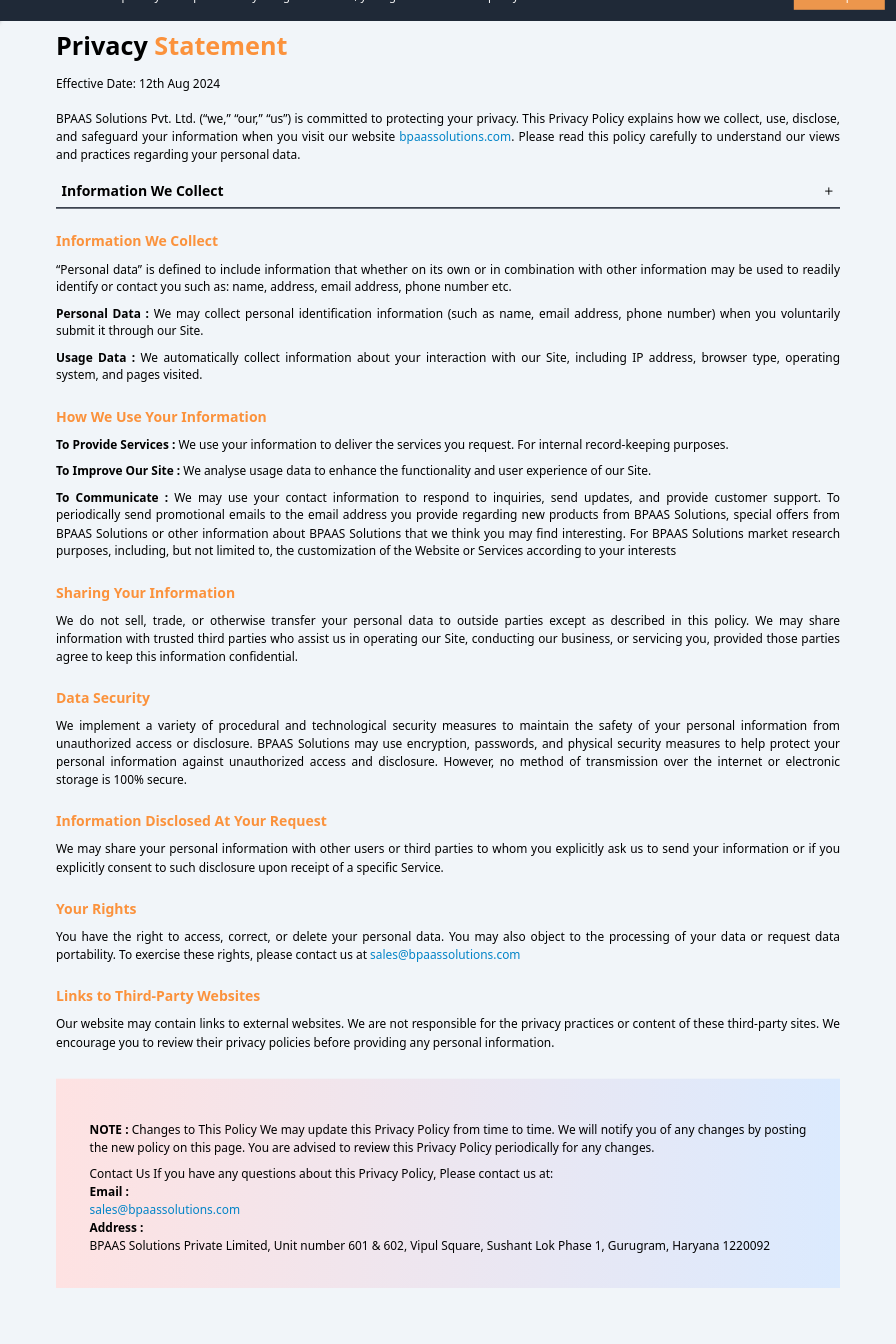
Repository: captainalpha/BP-Website
Page: /services/bp-services
An editor plug-in stored every save of this project. The page is shown before and after the next save, followed by the edit.
The browser window is 1280 px wide. The pictures show the part of the page from y = 690 to 2610 px (the page is 3157 px tall before and 3159 px after), at 70% of full size.
The project was rebuilt for these pictures with package versions that can differ from the ones it lists, and the page was loaded fresh each time. The framework's server and built-in components were replaced by stand-ins that run in the browser. Also part of the build but not shown: next.config.js, components/common/TopBanner.js, components/common/SectionHeader.js.

Above is the page before, as saved 2024-08-13 16:58:49.

### pages/_app.js
import Navbar from "../components/common/Navbar";
import "../styles/globals.css";
import Footer from "../components/common/Footer";

import "swiper/css";
import "swiper/css/navigation";
import "swiper/css/pagination";



import { motion, AnimatePresence } from "framer-motion";
import CookiesMain from "../components/common/CookiesMain";

// import styles from './slider.module.scss'
function MyApp({ Component, pageProps, router }) {
  const spring = {
    type: "spring",
    damping: 20,
    stiffness: 100,
    when: "afterChildren",
  };
  return (
    <>
      <div className="z-50 scroll-smooth">
        <Navbar />
      </div>
      <AnimatePresence>
        <div className="page-transition-wrapper">
          <motion.div
            transition={spring}
            key={router.pathname}
            initial={{ y: -300, opacity: 0 }}
            animate={{ y: 0, opacity: 1 }}
            exit={{ y: 300, opacity: 0 }}
            id="page-transition-container"
          >
            <Component {...pageProps} /> <Footer />{" "}
            <CookiesMain/>
          </motion.div>
        </div>
      </AnimatePresence>
    </>
  );
}

export default MyApp;

### pages/services/bp-services.js
import { useState } from "react";
import TopBanner from "../../components/common/TopBanner";
import SectionHeader from "../../components/common/SectionHeader";
import TopBanner2 from "../../components/common/TopBanner2";
import Image from "next/image";
import Link from "next/link";
import { FaArrowDown } from "react-icons/fa6";
import { MdChecklistRtl } from "react-icons/md";
import { BsCopy } from "react-icons/bs";
import { FiPlus } from "react-icons/fi";
import { AiOutlineMinus } from "react-icons/ai";


function BpServices() {
  const [showAnswer, setShowAnswer] = useState(false);
  return (
    <div>
      <div className="relative">
        <TopBanner2
          image={"/images/policy-service2.jpg"}
          title="Privacy Policy"
          discription="This Privacy Policy explains how we collect, use, disclose, and safeguard your information when you visit our website."
          btnShow={false}
        />
        <div className="absolute top-[1em] right-[10em]">
          <Image
            src="/images/privacypolicy2.png"
            className="w-1/2 mx-auto"
            width="500"
            height="500"
            alt="customer-developement"
          />
        </div>
      </div>

      <div className=" bg-slate-100  p-[5em]">
        <div className="container mx-auto max-w-6xl">
          <div className="text-left">
            <h1 className="lg:text-4xl text-3xl font-bold capitalize ">
              <span>Privacy</span>{" "}
              <span className="text-[#fb923c]">Statement</span>
            </h1>
          </div>

          <div className="mt-5">
            <p className="text-[17px] text-justify">
              Effective Date: 12th Aug 2024 <br />
              <br /> BPAAS Solutions Pvt. Ltd. (&ldquo;we,&rdquo;
              &ldquo;our,&rdquo; &ldquo;us&rdquo;) is committed to protecting
              your privacy. This Privacy Policy explains how we collect, use,
              disclose, and safeguard your information when you visit our
              website&nbsp;
              <Link passHref href="/">
                <a className="text-sky-600 hover:text-[#fb923c]">
                  bpaassolutions.com
                </a>
              </Link>
              . Please read this policy carefully to understand our views and
              practices regarding your personal data.
            </p>
          </div>




          <div
           className={`${
                    showAnswer ? "p-2 mt-4 bg-[#fb923c] max-w[1200px]"
                    : "p-2 mt-4 border-gray-900 border-b-2 max-w[1200px]"
                  }`}
          >
            <div className="flex gap-10 items-center justify-between">
              <h3 className="text-[20px] font-sans font-semibold" onClick={() => setShowAnswer(!showAnswer)}>
              Information We Collect
              </h3>
                <div
                  onClick={() => setShowAnswer(!showAnswer)}
                  className="cursor-pointer transition-transform duration-500 ease-out">
                  {showAnswer ? <AiOutlineMinus/> : <FiPlus />}
                </div>
              </div>
          </div>
          <div
            className={`overflow-hidden transition-all duration-500 ease-out ${
              showAnswer ? "max-h-[1000px] opacity-100 " : "max-h-0 opacity-0 "
            }`}
          >
            <p
              className={`text-[18px] bg-gray-300 mt-2 p-3 rounded-md
        shadow-[rgba(0,_0,_0,_0.24)_0px_3px_8px] `}
            >
              <p className="text-[17px] text-justify mt-3">
              &ldquo;Personal data&rdquo; is defined to include information that
              whether on its own or in combination with other information may be
              used to readily identify or contact you such as: name, address,
              email address, phone number etc.
            </p>
            <p className="text-[17px] text-justify mt-3">
              <b>Personal Data :</b> We may collect personal identification
              information (such as name, email address, phone number) when you
              voluntarily submit it through our Site.
            </p>
            <p className="text-[17px] text-justify mt-3">
              <b>Usage Data :</b> We automatically collect information about
              your interaction with our Site, including IP address, browser
              type, operating system, and pages visited.
            </p>
            </p>
          </div>








          <div className="mt-[2em]">
            <h1 className="text-[20px] font-bold text-[#fb923c]">
              Information We Collect
            </h1>
            <p className="text-[17px] text-justify mt-3">
              &ldquo;Personal data&rdquo; is defined to include information that
              whether on its own or in combination with other information may be
              used to readily identify or contact you such as: name, address,
              email address, phone number etc.
            </p>
            <p className="text-[17px] text-justify mt-3">
              <b>Personal Data :</b> We may collect personal identification
              information (such as name, email address, phone number) when you
              voluntarily submit it through our Site.
            </p>
            <p className="text-[17px] text-justify mt-3">
              <b>Usage Data :</b> We automatically collect information about
              your interaction with our Site, including IP address, browser
              type, operating system, and pages visited.
            </p>
          </div>

          <div className="mt-[2em]">
            <h1 className="text-[20px] font-bold text-[#fb923c]">
              How We Use Your Information
            </h1>
            <p className="text-[17px] text-justify mt-3">
              <b>To Provide Services :</b> We use your information to deliver
              the services you request. For internal record-keeping purposes.
            </p>
            <p className="text-[17px] text-justify mt-3">
              <b>To Improve Our Site :</b> We analyse usage data to enhance the
              functionality and user experience of our Site.
            </p>
            <p className="text-[17px] text-justify mt-3">
              <b>To Communicate :</b> We may use your contact information to
              respond to inquiries, send updates, and provide customer support.
              To periodically send promotional emails to the email address you
              provide regarding new products from BPAAS Solutions, special
              offers from BPAAS Solutions or other information about BPAAS
              Solutions that we think you may find interesting. For BPAAS
              Solutions market research purposes, including, but not limited to,
              the customization of the Website or Services according to your
              interests
            </p>
          </div>

          <div className="mt-[2em]">
            <h1 className="text-[20px] font-bold text-[#fb923c]">
              Sharing Your Information
            </h1>
            <p className="text-[17px] text-justify mt-3">
              We do not sell, trade, or otherwise transfer your personal data to
              outside parties except as described in this policy. We may share
              information with trusted third parties who assist us in operating
              our Site, conducting our business, or servicing you, provided
              those parties agree to keep this information confidential.
            </p>
          </div>

          <div className="mt-[2em]">
            <h1 className="text-[20px] font-bold text-[#fb923c]">
              Data Security
            </h1>
            <p className="text-[17px] text-justify mt-3">
              We implement a variety of procedural and technological security
              measures to maintain the safety of your personal information from
              unauthorized access or disclosure. BPAAS Solutions may use
              encryption, passwords, and physical security measures to help
              protect your personal information against unauthorized access and
              disclosure. However, no method of transmission over the internet
              or electronic storage is 100% secure.
            </p>
          </div>

          <div className="mt-[2em]">
            <h1 className="text-[20px] font-bold text-[#fb923c]">
              Information Disclosed At Your Request
            </h1>
            <p className="text-[17px] text-justify mt-3">
              We may share your personal information with other users or third
              parties to whom you explicitly ask us to send your information or
              if you explicitly consent to such disclosure upon receipt of a
              specific Service.
            </p>
          </div>

          <div className="mt-[2em]">
            <h1 className="text-[20px] font-bold text-[#fb923c]">
              Your Rights
            </h1>
            <p className="text-[17px] text-justify mt-3">
              You have the right to access, correct, or delete your personal
              data. You may also object to the processing of your data or
              request data portability. To exercise these rights, please contact
              us at&nbsp;
              <a
                className="text-sky-600 hover:text-[#fb923c]"
                href="mailto:sales@bpaassolutions.com"
              >
                sales@bpaassolutions.com
              </a>
            </p>
          </div>

          <div className="mt-[2em]">
            <h1 className="text-[20px] font-bold text-[#fb923c]">
              Links to Third-Party Websites
            </h1>
            <p className="text-[17px] text-justify mt-3">
              Our website may contain links to external websites. We are not
              responsible for the privacy practices or content of these
              third-party sites. We encourage you to review their privacy
              policies before providing any personal information.
            </p>
          </div>

          <div className="mt-[2em]  lg:mt-10 md:mt-10 xl:mt-10 bg-gradient-to-r from-red-100 to-blue-100 p-2 md:p-[3em]">
            <p className="text-[17px] text-justify mt-3">
              <b>NOTE : </b> Changes to This Policy We may update this Privacy
              Policy from time to time. We will notify you of any changes by
              posting the new policy on this page. You are advised to review
              this Privacy Policy periodically for any changes.
            </p>
            <p className="text-[17px] text-justify mt-3">
              Contact Us If you have any questions about this Privacy Policy,
              Please contact us at:
              <br />
              <b>Email : </b>
              <br />
              <a
                className="text-sky-600 hover:text-[#fb923c]"
                href="mailto:sales@bpaassolutions.com"
              >
                sales@bpaassolutions.com
              </a>
              <br />
              <b>Address :</b>
              <br />
              BPAAS Solutions Private Limited, Unit number 601 & 602, Vipul
              Square, Sushant Lok Phase 1, Gurugram, Haryana 1220092
            </p>
          </div>
        </div>
      </div>
    </div>
  );
}

export default BpServices;

### styles/globals.css
@tailwind base;
@tailwind components;
@tailwind utilities;

.mySwiper {
  padding: 0 3rem;
}
.swiper-button-next {
  color: white;
  font-size: 20px !important;
}
.swiper-button-prev {
  color: white;
  font-size: 20px !important;
}
.swiper-button-prev:after {
  color: white;
  font-size: 20px !important;
}
.swiper-button-next:after {
  color: white;
  font-size: 20px !important;
}
.container-bpaas{
  max-width: 1100px;
}

/* .swiper-button-prev {

  background-image: url("data:[embedded picture, 251 characters]");
} */
.swiper-button-prev:after {

  border: 2px solid white;
  border-radius: 30%;
  /* width: 25%; */
  background: #ec964c;
  padding: 20%;
}
/* .swiper-button-next {
  background-image: url("data:[embedded picture, 251 characters]");
} */
.swiper-button-next:after {

  border: 2px solid white;
  border-radius: 30%;
  /* width: 25%; */
  background: #ec964c;
  padding: 20%;
}

@media only screen and (max-width: 600px) {
  .swiper-button-next:after {
    display: none;
  }
}
@media only screen and (max-width: 600px) {
  .swiper-button-prev:after {
    display: none;
  }
}




/*OEM Modal */
@layer utilities {
  @keyframes modalOpen {
    0% {
      clip-path: polygon(0 0, 0 0, 0 100%, 0 100%);
      opacity: 0;
    }
    100% {
      clip-path: polygon(0 0, 100% 0, 100% 100%, 0 100%);
      opacity: 1;
    }
  }

  @keyframes modalClose {
    0% {
      clip-path: polygon(0 0, 100% 0, 100% 100%, 0 100%);
      opacity: 1;
    }
    100% {
      clip-path: polygon(50% 0, 50% 0, 50% 100%, 50% 100%);
      opacity: 0;
    }
  }

  .animate-modalOpen {
    animation: modalOpen 0.5s forwards;
  }

  .animate-modalClose {
    animation: modalClose 0.5s forwards;
  }

  .custom-aspect-ratio {
    box-shadow: rgba(149, 157, 165, 0.2) 0px 8px 24px;
    aspect-ratio: 3 / 2;
  }
}

### components/common/CookiesMain.js
import { useState, useEffect } from 'react';
import Cookies from 'js-cookie';


const CookiesMain = () => {
    const [showBanner, setShowBanner] = useState(false);

  useEffect(() => {
    const consent = Cookies.get('cookie-consent');
    if (!consent) {
      setShowBanner(true);
    }
  }, []);

  const acceptCookies = () => {
    Cookies.set('cookie-consent', 'true', { expires: 365 });
    setShowBanner(false);
  };

  if (!showBanner) return null;
  return (
    <>

    <div className="fixed bottom-0 left-0 right-0 bg-gray-800 text-white p-4 flex justify-between items-center z-50">
      <span>We use cookies to improve your experience. By using our website, you agree to our cookie policy.</span>
      <button
        onClick={acceptCookies}
        className="bg-orange text-white px-4 md:px-10 py-2"
      >
        Accept
      </button>
    </div>

    </>
  )
}
export default CookiesMain

### components/common/TopBanner2.js
import Link from "next/link";
function TopBanner2({ image, title, discription, onClick,btnShow}) {
  return (
    <div
      style={{ backgroundImage: `url(${image})` }}
      className={`lg:h-[80vh] h-[60vh] mt-20 w-full text-white flex p-10 items-center bg-no-repeat bg-cover `}
    >
      <div className="space-y-4 lg:w-1/2  md:text-left">
        <h1 className="lg:text-5xl text-3xl font-bold capitalize ">{title}</h1>
        <p className="w-full lg:text-xl lg:text-justify tracking-tighter">
          {discription}
        </p>
    {btnShow&&(
        <Link passHref href="/request-demo">
          <button className="px-8 py-2  border-white border-2 hover:bg-orange font-medium text-xl">
            Request Demo
          </button>
        </Link>
    )}
      </div>
    </div>
  );
}

export default TopBanner2;

### tailwind.config.js
module.exports = {
  content: [
    "./pages/**/*.{js,ts,jsx,tsx}",
    "./components/**/*.{js,ts,jsx,tsx}",
  ],
  theme: {
    extend: {
      keyframes: {
        modalOpen: {
          '0%': { transform: 'scale(0)', opacity: 0 },
          '100%': { transform: 'scale(1)', opacity: 1 },
        },
        modalClose: {
          '0%': { transform: 'scale(1)', opacity: 1 },

        },
        fragmentIn: {
          '0%': { opacity: 0, transform: 'translate(-50px, -50px)' },
          '100%': { opacity: 1, transform: 'translate(0, 0)' },
        },
        fragmentOut: {
          '0%': { opacity: 1, transform: 'translate(0, 0)' },
          '100%': { opacity: 0, transform: 'translate(50px, 50px)' },
        },

      },
      animation: {
        modalOpen: 'modalOpen 0.5s ease-out forwards',
        modalClose: 'modalClose 0.5s ease-in forwards',
        fragmentIn: 'fragmentIn 0.5s ease-out forwards',
        fragmentOut: 'fragmentOut 0.5s ease-in forwards',
      },
      backgroundImage: {
        "testimonial-bg": "url('/img/hero-pattern.svg')",
        "testimonial-bgs": "url('/')",
      },
      colors: {
        primary: "#013358",
        secondary: "#639FCB",
        primaryText: "#1D669C",
        orange: "#EC964C",
        glassEffect:
          "linear-gradient(105.47deg, #FFFFFF -13.63%, rgba(255, 255, 255, 0) 108.8%)",
      },
      backgroundSize: {
        "size-200": "200% 200%",
      },
      backgroundPosition: {
        "pos-0": "0% 0%",
        "pos-100": "100% 100%",
      },
    },
    variants: {
      fill: ["hover", "focus"],
    },
    boxShadow: {
      "3xl": "0 35px 60px -15px rgba(0, 0, 0, 0.3)",
    },
  },
  plugins: [],
};

Loaded but not shown: components/common/Navbar.js (726 lines, source omitted); components/common/Footer.js (194 lines, source omitted)

After the next save:
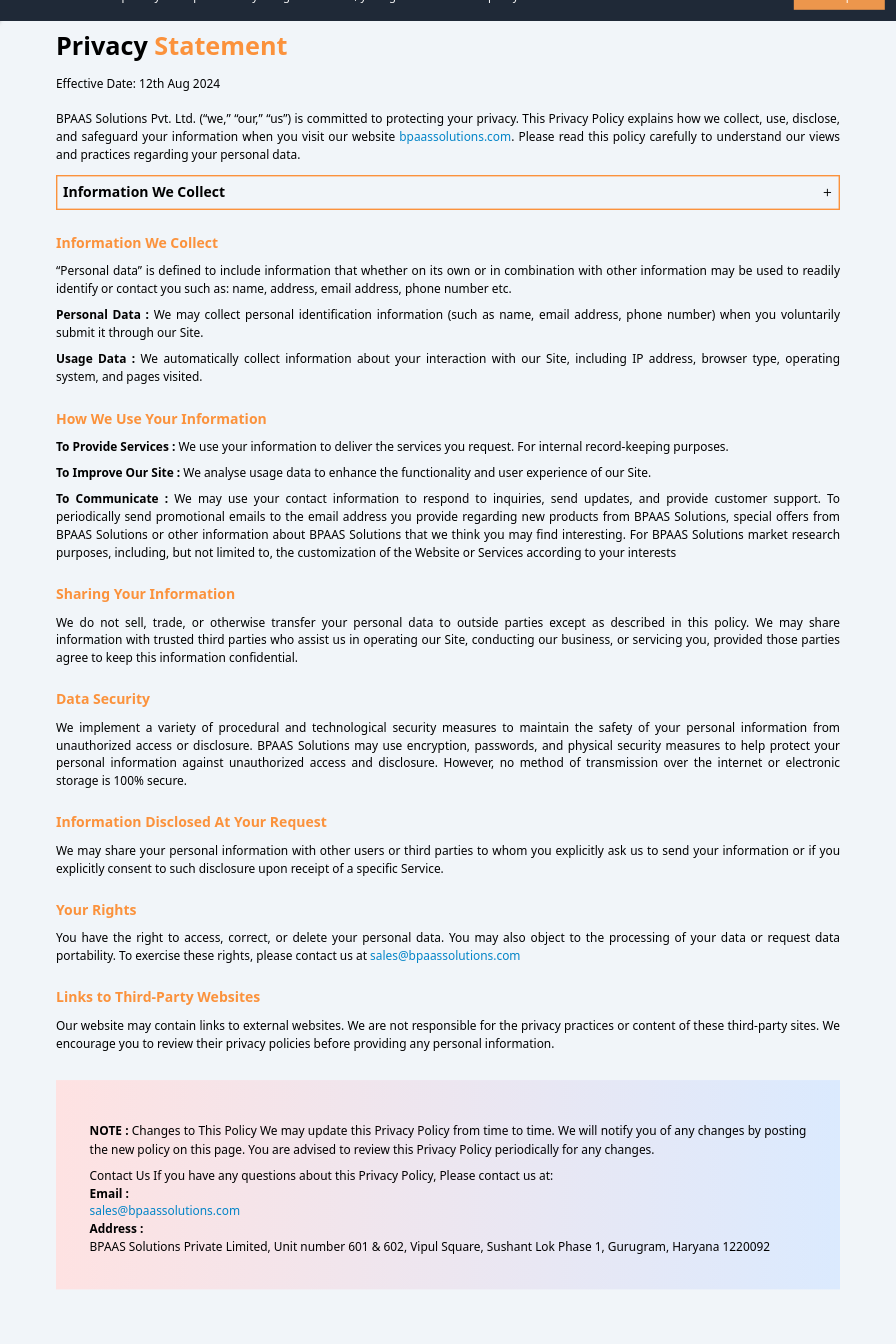
Saved 72 s later.
--- a/pages/services/bp-services.js
+++ b/pages/services/bp-services.js
@@ -66,7 +66,7 @@
           <div
            className={`${
                     showAnswer ? "p-2 mt-4 bg-[#fb923c] max-w[1200px]"
-                    : "p-2 mt-4 border-gray-900 border-b-2 max-w[1200px]"
+                    : "p-2 mt-4 border-[#fb923c] border-2 max-w[1200px]"
                   }`}
           >
             <div className="flex gap-10 items-center justify-between">
